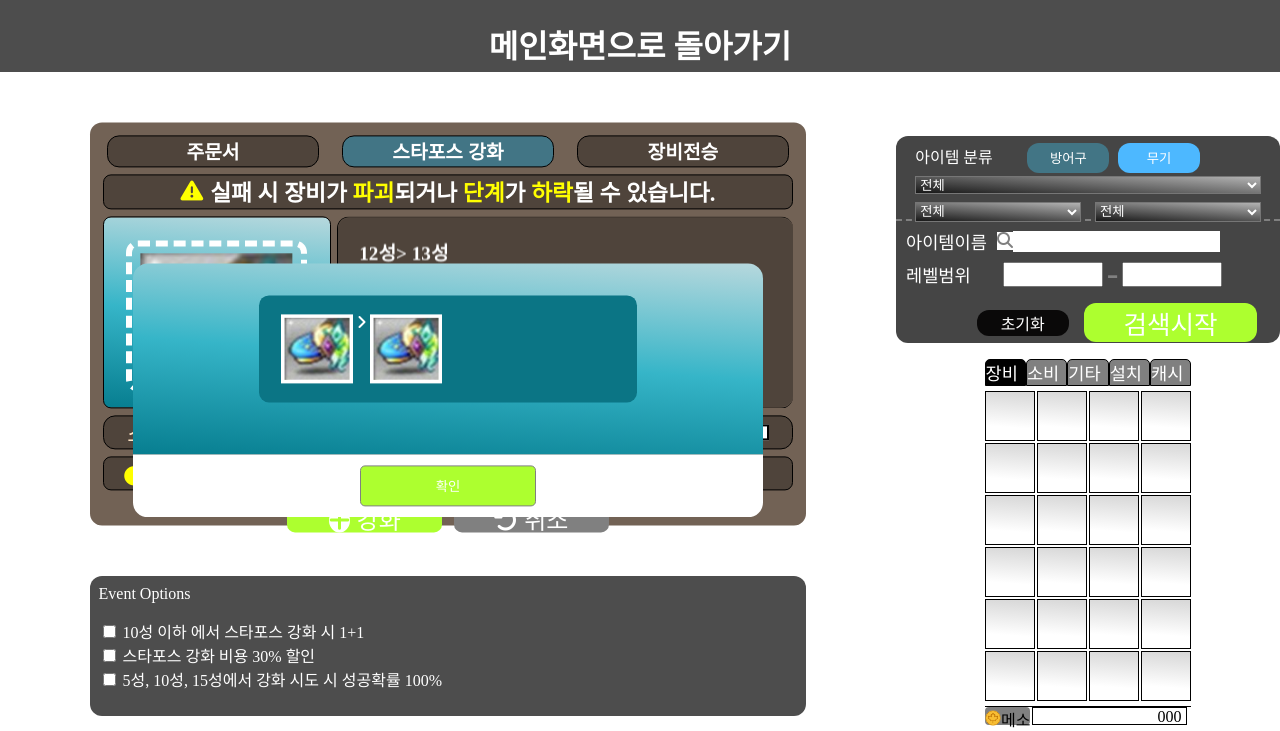
Repository: Unique0902/maple-sim
Page: starsim.html
These files come from the project's save history. The page is drawn as it stood at one moment and after the next save; the edit follows.
The browser window is 1280 px wide. The pictures show the whole page.
Some web libraries are served in a nearby version.

Above is the page before, as saved 2022-07-19 00:28:59.

After the next save:
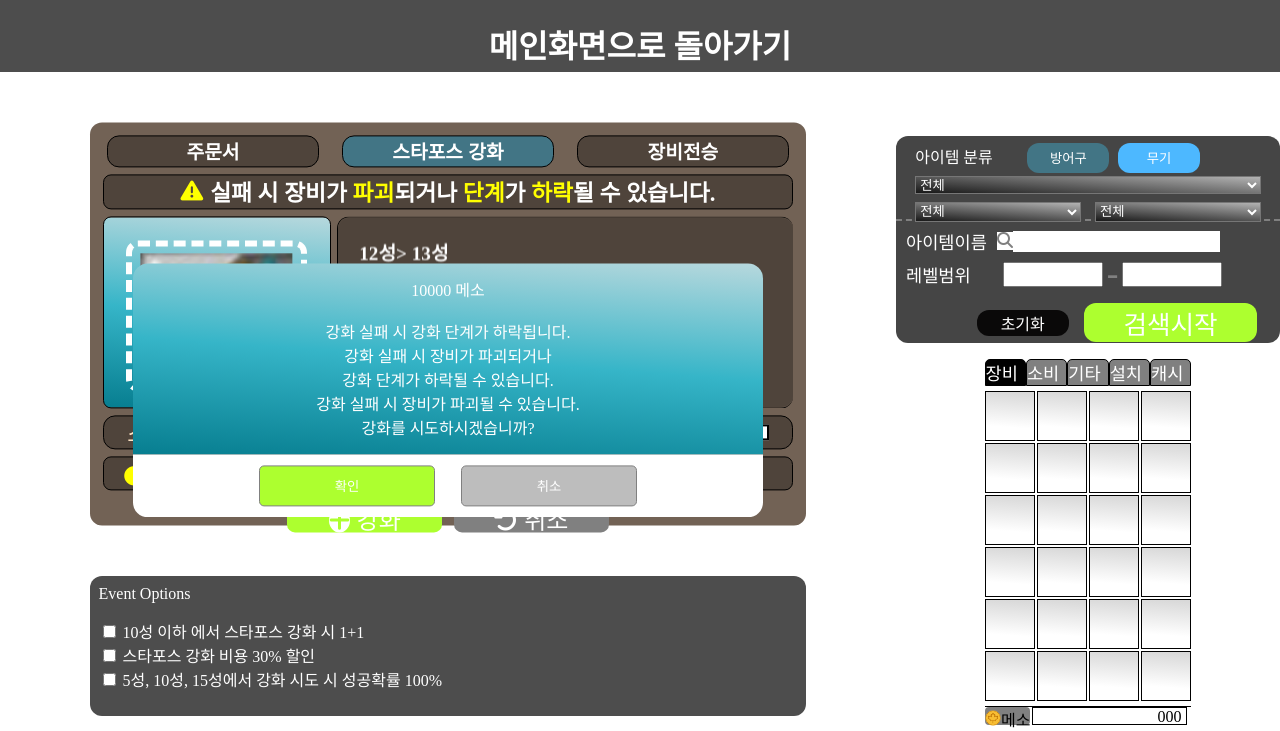
Saved 32 s later.
--- a/starsim.html
+++ b/starsim.html
@@ -112,7 +112,7 @@
               </button>
             </div>
           </div>
-          <div class="reinforceAdditionBox none">
+          <div class="reinforceAdditionBox ">
             <div class="reinforceAdditionBox__descriptionBlock">
               <div class="reinforceAdditionBox__description">
                 <span id="addition__moneyText">10000</span> 메소<br>
@@ -134,7 +134,7 @@
               </button>
             </div>
           </div>
-          <div class="reinforceResultBox ">
+          <div class="reinforceResultBox none">
             <div class="reinforceResultBox__mainBlock">
               <div class="reinforceResultBox__imgChangeBlock">
                 <div class="imgChangeBlock__beforeBlock">

After the 3 saves that followed:
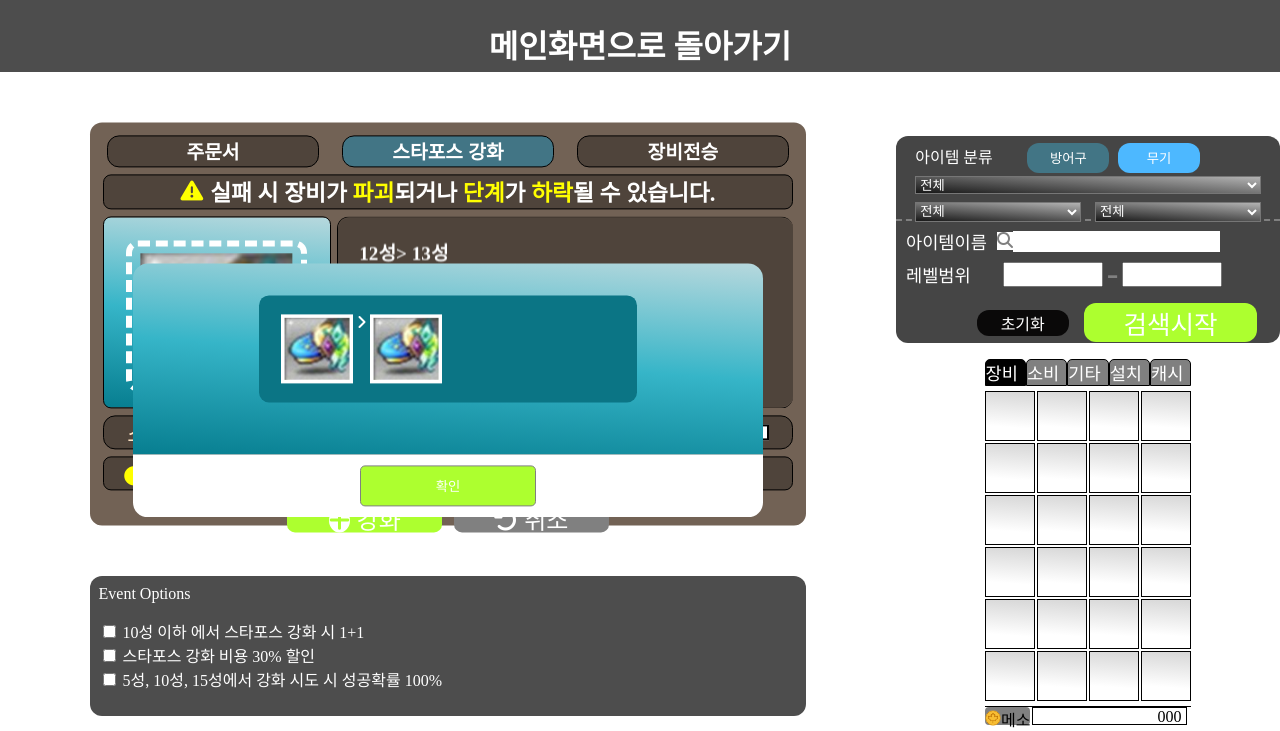
The 3 saves are shown as one change because they came seconds apart.
The last was saved 9 s later.
--- a/starsim.html
+++ b/starsim.html
@@ -112,7 +112,7 @@
               </button>
             </div>
           </div>
-          <div class="reinforceAdditionBox ">
+          <div class="reinforceAdditionBox none">
             <div class="reinforceAdditionBox__descriptionBlock">
               <div class="reinforceAdditionBox__description">
                 <span id="addition__moneyText">10000</span> 메소<br>
@@ -134,7 +134,7 @@
               </button>
             </div>
           </div>
-          <div class="reinforceResultBox none">
+          <div class="reinforceResultBox ">
             <div class="reinforceResultBox__mainBlock">
               <div class="reinforceResultBox__imgChangeBlock">
                 <div class="imgChangeBlock__beforeBlock">
